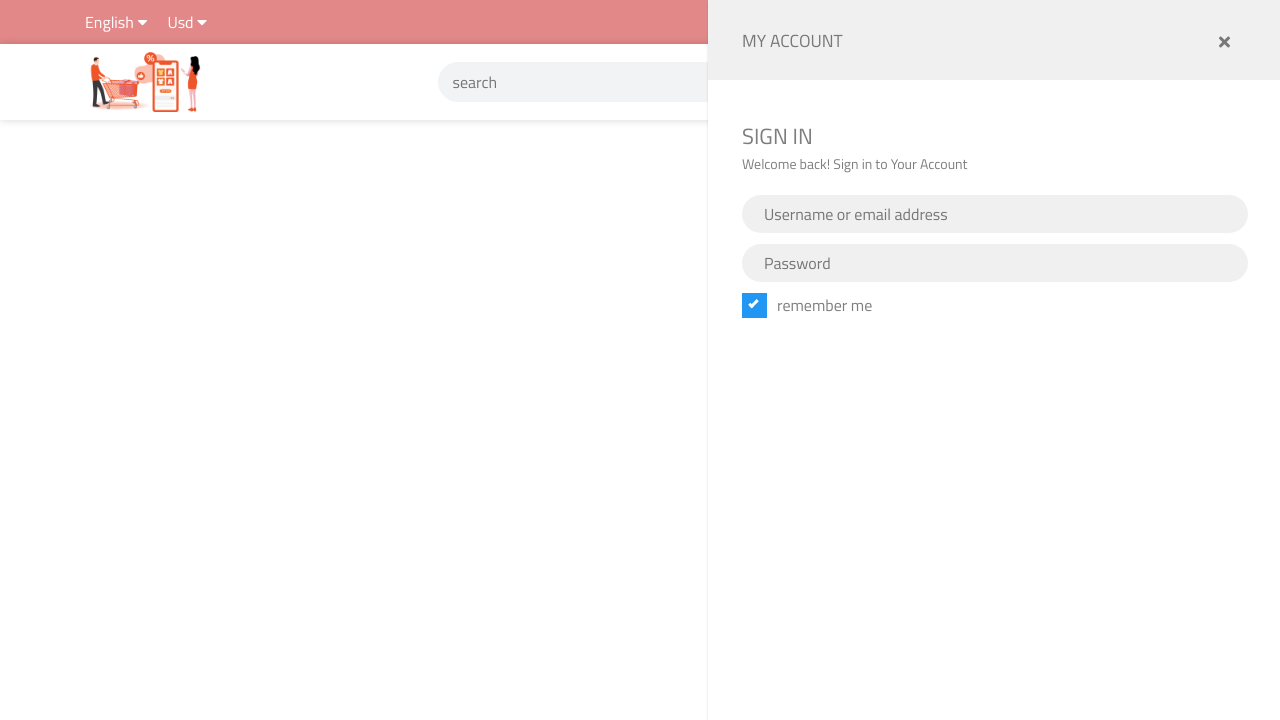
Repository: amrh20/ecommerce-temp
Page: src/index.html
These files come from the project's save history. The page is drawn as it stood at one moment and after the next save; the edit follows.
The browser window is 1280 px wide. The pictures show the whole page.
The style sheet was rebuilt from its Sass, Less or Tailwind sources for each picture, by a compiler version that may differ from the author's.

Above is the page before, as saved 2020-01-19 14:30:19.

### src/index.html
<!DOCTYPE html>
<html lang="en" dir="ltr">

<head>
  <!-- Mobile specific metas===========================-->
  <meta charset="UTF-8">
  <meta name="viewport" content="width=device-width, initial-scale=1.0">
  <meta http-equiv="X-UA-Compatible" content="ie=edge">
  <!-- Basic page needs===========================-->
  <title>template</title>
  <!-- Favicon===========================-->
  <!-- <link rel="shortcut icon" type="image/x-icon" href="./images/fave-icon.png"> -->
  <!-- Css Base And Vendor ===========================-->
  <link rel="stylesheet" href="./vendors/bootstrap-4/css/bootstrap.min.css">
  <link rel="stylesheet" href="./vendors/fontawesome5.2/css/all.min.css">
  <link rel="stylesheet" href="./vendors/slickslider/slick.css">
  <!-- Site Style===========================-->
  <link rel="stylesheet" href="./styles/main.css">
  <!--[if lt IE 9]>
            <script src="https://oss.maxcdn.com/html5shiv/3.7.2/html5shiv.min.js"></script>
            <script src="https://oss.maxcdn.com/respond/1.4.2/respond.min.js"></script>
        <![endif]-->
</head>

<body>
  <div class="wrapper">
    <div class="body_overlay">
      <!-- start header -->
      <header>
        <div class="header">
          <!-- start top header -->
          <div class="top_header">
            <div class="container">
              <div class="top-header_content">
                <!-- dropdowns -->
                <div class="top_header-dropdowns">
                  <!-- start language dropdown -->
                  <div class="langauge-dropdown">
                    <div class="top_header-dropdown-head">
                      <span>english</span>
                      <i class="fas fa-caret-down"></i>
                      <div class="top_header-dropdown-content">
                        <ul>
                          <li>english</li>
                          <li>french</li>
                        </ul>
                      </div>
                    </div>

                  </div><!-- end language dropdown -->

                  <!-- start currency dropdown -->
                  <div class="currency-dropdown">
                    <div class="top_header-dropdown-head">
                      <span>usd</span>
                      <i class="fas fa-caret-down"></i>
                      <div class="top_header-dropdown-content">
                        <ul>
                          <li>egb</li>
                          <li>usd</li>
                        </ul>
                      </div>
                    </div>

                  </div><!-- end currency dropdown -->
                </div>
                <!-- contact -->
                <div class="top_header-contact">
                  <p>Call Us: 01010161601</p>
                </div>

              </div>


            </div>
          </div><!-- end top header -->
          <!-- start middle haeder -->
          <div class="mid_header">
            <div class="container">
              <div class="mid_header-content">
                <!-- logo -->
                <div class="logo">
                  <img src="./images/logo.png" alt="logo">
                </div>
                <!-- search -->
                <div class="search">
                  <input type="text" placeholder="search">
                  <i class="fas fa-search"></i>
                </div>
                <!-- icons -->
                <div class="icons">
                  <!-- shopping cart view -->
                  <div class="shopping-cart">
                    <div class="icon_head cart-icon_head">
                      <i class="fas fa-shopping-cart"></i>
                       <!-- numbers view -->
                       <div class="overlay_nummbers">
                         3
                       </div>
                    </div>
                  <!-- satrt content -->
                    <div class="shopping-cart_content custom_content">
                      <div class="shopping-cart_details custom_details">
                        <div class="shopping-cart_row custom_row">
                          <div class="product_img">
                            <img src="./images/product-cart.png" alt="">
                          </div>
                          <div class="product_details">
                            <p class="product_name">Marvelous Modern 3 Seater</p>
                            <p class="product_price"> 599,00 <span>egb</span> </p>
                            <p>Qty: <span>1</span></p>
                          </div>
                          <div class="delete_product">
                            <i class="fa fa-times"></i>
                          </div>
                        </div>
                        <div class="shopping-cart_row custom_row">
                          <div class="product_img">
                            <img src="./images/product-cart.png" alt="">
                          </div>
                          <div class="product_details">
                            <p class="product_name">Marvelous Modern 3 Seater</p>
                            <p class="product_price"> 599,00 <span>egb</span> </p>
                            <p>Qty: <span>1</span></p>
                          </div>
                          <div class="delete_product">
                            <i class="fa fa-times"></i>
                          </div>
                        </div>
                        <div class="shopping-cart_row custom_row">
                          <div class="product_img">
                            <img src="./images/product-cart.png" alt="">
                          </div>
                          <div class="product_details">
                            <p class="product_name">Marvelous Modern 3 Seater</p>
                            <p class="product_price"> 599,00 <span>egb</span> </p>
                            <p>Qty: <span>1</span></p>
                          </div>
                          <div class="delete_product">
                            <i class="fa fa-times"></i>
                          </div>
                        </div>
                      </div>
                   <!-- triangle view -->
                      <div class="custom-overlay">
                      </div>

                      <div class="total_price">
                        <span>sub total</span>
                        <span>800,00 egb</span>
                      </div>
                      <div class="cart_btns">
                        <button class="temp_button">view cart</button>
                        <button class="temp_button checkout_btn">checkout</button>
                      </div>
                    </div>

                  </div>
                   <!-- wishlist view -->
                  <div class="wishlist-view">
                    <div class="icon_head wishlist-icon_head">
                      <i class="far fa-heart"></i>
                      <div class="overlay_nummbers">
                        3
                      </div>
                    </div>
                    <div class="wishlist-view_content custom_content">
                      <div class="wishlist-view_details custom_detaiLs">
                        <div class="wishlist-view_row custom_row">
                          <div class="product-details">
                            <p class="product_name">Woman Ring</p>
                            <p class="product_price"> <span>1</span> x 1000,00 egb</p>
                          </div>
                          <div class="product_img">
                            <img src="./images/wishlist_product.jpg" alt="wishlist_product">
                            <i class="fa fa-times"></i>
                          </div>
                        </div>
                        <div class="wishlist-view_row custom_row">
                          <div class="product-details">
                            <p class="product_name">Woman Ring</p>
                            <p class="product_price"> <span>1</span> x 1000,00 egb</p>
                          </div>
                          <div class="product_img">
                            <img src="./images/wishlist_product.jpg" alt="wishlist_product">
                            <i class="fa fa-times"></i>
                          </div>
                        </div>
                        <div class="wishlist-view_row custom_row">
                          <div class="product-details">
                            <p class="product_name">Woman Ring</p>
                            <p class="product_price"> <span>1</span> x 1000,00 egb</p>
                          </div>
                          <div class="product_img">
                            <img src="./images/wishlist_product.jpg" alt="wishlist_product">
                            <i class="fa fa-times"></i>
                          </div>
                        </div>
                        <div class="wishlist-view_row custom_row">
                          <div class="product-details">
                            <p class="product_name">Woman Ring</p>
                            <p class="product_price"> <span>1</span> x 1000,00 egb</p>
                          </div>
                          <div class="product_img">
                            <img src="./images/wishlist_product.jpg" alt="wishlist_product">
                            <i class="fa fa-times"></i>
                          </div>
                        </div>
                      </div>
                      <div class="custom-overlay">
                      </div>
                      <div class="wishlist_btn">
                        <button class="temp_button ">view wishlist</button>
                      </div>
                    </div>

                  </div>
                  <!-- compare view -->
                  <div class="compare-view">
                    <div class="icon_head compare-icon_head">
                      <i class="fa fa-random"></i>
                      <div class="overlay_nummbers">
                        3
                      </div>
                    </div>
                    <div class="compare-view_content custom_content">
                      <div class="compare-view_details custom_detaiLs">
                        <div class="compare-view_col">
                          <img src="./images/compareproduct.jpg" alt="compareproduct">
                          <p class="product_name">Marvelous Modern 3 Seater</p>
                           <p><span>3</span> x 1000,00 egb</p>
                        </div>
                        <div class="compare-view_col">
                          <img src="./images/compareproduct.jpg" alt="compareproduct">
                          <p class="product_name">Marvelous Modern 3 Seater</p>
                           <p><span>3</span> x 1000,00 egb</p>
                        </div>
                        <div class="compare-view_col">
                          <img src="./images/compareproduct.jpg" alt="compareproduct">
                          <p class="product_name">Marvelous Modern 3 Seater</p>
                           <p><span>3</span> x 1000,00 egb</p>
                        </div>
                        <div class="compare-view_col">
                          <img src="./images/compareproduct.jpg" alt="compareproduct">
                          <p class="product_name">Marvelous Modern 3 Seater</p>
                           <p><span>3</span> x 1000,00 egb</p>
                        </div>
                      </div>
                      <div class="custom-overlay">
                      </div>
                      <div class="compare_btn">
                        <button class="temp_button ">view compare</button>
                      </div>
                    </div>
                  </div>
                  <div class="icon">
                    <i class="far fa-user"></i>
                  </div>

                </div>
              </div>
            </div>
          </div>
          <!-- end middle haeder -->
        </div>
      </header><!-- end header -->

      <!-- accounts view -->
      <div class="accounts_view">
          <div class="accounts_view-title">
            <h3>my account</h3>
            <span><i class="fa fa-times"></i></span>
          </div>
          <div class="accounts_view-content">
            <!-- sign in section  -->
            <div class="sign_in">
              <div class="sign_in-title">
                <h4>sign in</h4>
                <p>Welcome back! Sign in to Your Account</p>
              </div>
              <div class="sign_in-iputs">
                <input type="text" placeholder="Username or email address">
                <input type="text" placeholder="Password">
              </div>
              <div class="sign_in-remember">
                <label class="test">remember me
                  <input type="checkbox" checked="checked">
                  <span class="checkmark"></span>
                </label>
              </div>
            </div>
          </div>
      </div>
    </div>
  </div>

  </div>
  <!--Scripts Plugins========================-->
  <script src="./vendors/jquery/jquery-3.3.1.min.js"></script>
  <script src="./vendors/bootstrap-4/js/bootstrap.min.js"></script>
  <!-- Custom js ====================-->
  <script src="scripts/app.js"></script>
</body>

</html>

### src/styles/main.scss
/* imports sass files
========================*/
@import "../styles/variables.scss";
@import "../styles/buttons.scss";
@import "../styles/forms.scss";
@import "../styles/header.scss";
@import "../styles/base.scss";
@import "../styles/general.scss";

### src/styles/variables.scss
/* our sass varaibles
========================*/
$main-color :#e38888;
$second-color :#222222;
$icons-color :#828282;
$white: #fff;
$black : #000;
$top-header-hover :#e5e5e5;

### src/styles/buttons.scss
@import "../styles/variables.scss";

/* Buttons
==================================*/

### src/styles/forms.scss
@import "../styles/variables.scss";

/* forms
==============================*/
.form-control {
  height: 5rem;
  border: 2px solid transparent;
  border-radius: 1rem;
  box-shadow: 0 4px 10px -2px rgba(126, 173, 225, .5);
  font-size: 1.6rem;
  transition: all .3s ease-in-out;
  padding-left: 15px;

  &:focus {
    outline: none;
    box-shadow: 0 4px 10px -2px rgba(126, 173, 225, .5);
  }

  &::-webkit-input-placeholder {
    color: #7e7e7e;
    text-transform: capitalize;
    font-size: 1.4rem;
  }

  &.remove-default::-webkit-inner-spin-button,
  &.remove-default::-webkit-outer-spin-button,
  &.remove-default,
  &[type=date]::-webkit-inner-spin-button,
  &[type=date]::-webkit-outer-spin-button {
    -webkit-appearance: none;
    -moz-appearance: none;
    margin: 0;
  }

  &.remove-default::-webkit-inner-spin-button,
  &.remove-default::-webkit-outer-spin-button,
  &.remove-default,
  &[type=date] {
    -moz-appearance: textfield;
  }

}

textarea {
  height: auto;
  resize: none;
  width: 100%;
  border: 2px solid transparent;
  border-radius: 1rem;
  box-shadow: 0 4px 10px -2px rgba(126, 173, 225, .5);
  font-size: 1.6rem;
  transition: all .3s ease-in-out;
  padding: 15px;

  &:focus {
    outline: none;
    box-shadow: 0 4px 10px -2px rgba(126, 173, 225, .5);
  }
}

/*check-radio-item*/
.zvendo-check-item {
  margin-bottom: 1.5rem;
  text-align: start;

  &:last-of-type label {
    margin-left: 0;
  }

  input[type="radio"],
  input[type="checkbox"] {
    display: none;
  }

  input[type="radio"]+label,
  input[type="checkbox"]+label {
    position: relative;
    display: block;
    margin-bottom: 0;
    font-size: 1.42rem;
    text-transform: capitalize;
    color: #333232;
    cursor: pointer;
    padding-inline-start: 4rem;
  }

  input[type="radio"]+label::before,
  input[type="checkbox"]+label::before {
    position: absolute;
    content: "";
    font-family: 'Font Awesome 5 Free';
    font-weight: 900;
    display: flex;
    align-items: center;
    justify-content: center;
    font-size: 2rem;
    width: 3rem;
    height: 3rem;
    top: .5rem;
    left: 0;
    background-color: transparent;
    border: 2px solid $main-color;
    border-radius: .9rem;

    [dir="rtl"] & {
      left: auto;
      right: 0;
    }
  }

  input[type="radio"]:checked+label,
  input[type="checkbox"]:checked+label {
    color: $main-color;
  }

  input[type="radio"]:checked+label::before,
  input[type="checkbox"]:checked+label::before {
    font-family: "Font Awesome 5 Free";
    content: "\f00c";
    background-color: transparent;
    color: $main-color;
  }
}

### src/styles/base.scss
@import "../styles/variables.scss";

/* General elements
======================*/
*,p {
  margin: 0;
  padding: 0;
}
*,
*:focus {
  outline: none !important;
}

.highlightClass {
  color: $main-color;
}
/*import fonts
========================*/
@import url('https://fonts.googleapis.com/css?family=Ubuntu:400,700');

@font-face {
  font-family: Cairo;
  font-style: normal;
  src: local('Cairo Regular'), local('Cairo-Regular'), url("../fonts/Cairo/Cairo-Regular.ttf");
  font-display: swap;
  font-weight: 400;
}
@font-face {
  font-family: Cairo;
  font-style: normal;
  src: local('Cairo Cairo-SemiBold'), local('Cairo-Cairo-SemiBold'), url("../fonts/Cairo/Cairo-SemiBold.ttf");
  font-display: swap;
  font-weight: 600;
}
@font-face {
  font-family: Cairo;
  font-style: normal;
  src: local('Cairo Bold'), local('Cairo-Bold'), url("../fonts/Cairo/Cairo-Bold.ttf");
  font-display: swap;
  font-weight: 700;
}
/*body-layout
========================*/
html {
  font-size: 62.5%;
  overflow-x: hidden;
}
body {
  font-family: 'Cairo',  sans-serif;
  font-size: 1.6rem;

  [dir=rtl] & {
    direction: rtl;
    text-align: right;
  }
}

.wrapper {
  position: relative;
  width: 100%;
}
/* Links
==================*/
a {
  color: inherit;
  &:hover,
  &:focus {
    text-decoration: none;
    transition: all .3s ease-in-out;
    color: inherit;
  }
}
/* Images
============================*/
img {
  // display: block;
  max-width: 100%;
  height: auto;
}

// list items
ul {
  list-style: none;
  margin: 0;
}

/* inputs
============================*/

### src/styles/general.scss
@import "../styles/variables.scss";


// buttons
.temp_button {
    color: $black;
    padding: 5px 22px;
    border-radius: 18px;
    vertical-align: top;
    display: inline-block;
    background: transparent;
    border: 1px solid $main-color;
    text-transform: uppercase;
    cursor: pointer;
    transition: all .3s ease-in-out;
    &:hover {
        background-color: $main-color;
        color: $white;
    }
}

Loaded but not shown: src/vendors/bootstrap-4/css/bootstrap.min.css (library); src/vendors/fontawesome5.2/css/all.min.css (library); src/vendors/slickslider/slick.css (common file); src/vendors/jquery/jquery-3.3.1.min.js (library); src/vendors/bootstrap-4/js/bootstrap.min.js (library); src/scripts/app.js (42 lines, source omitted); src/styles/header.scss (517 lines, source omitted)

After the next save:
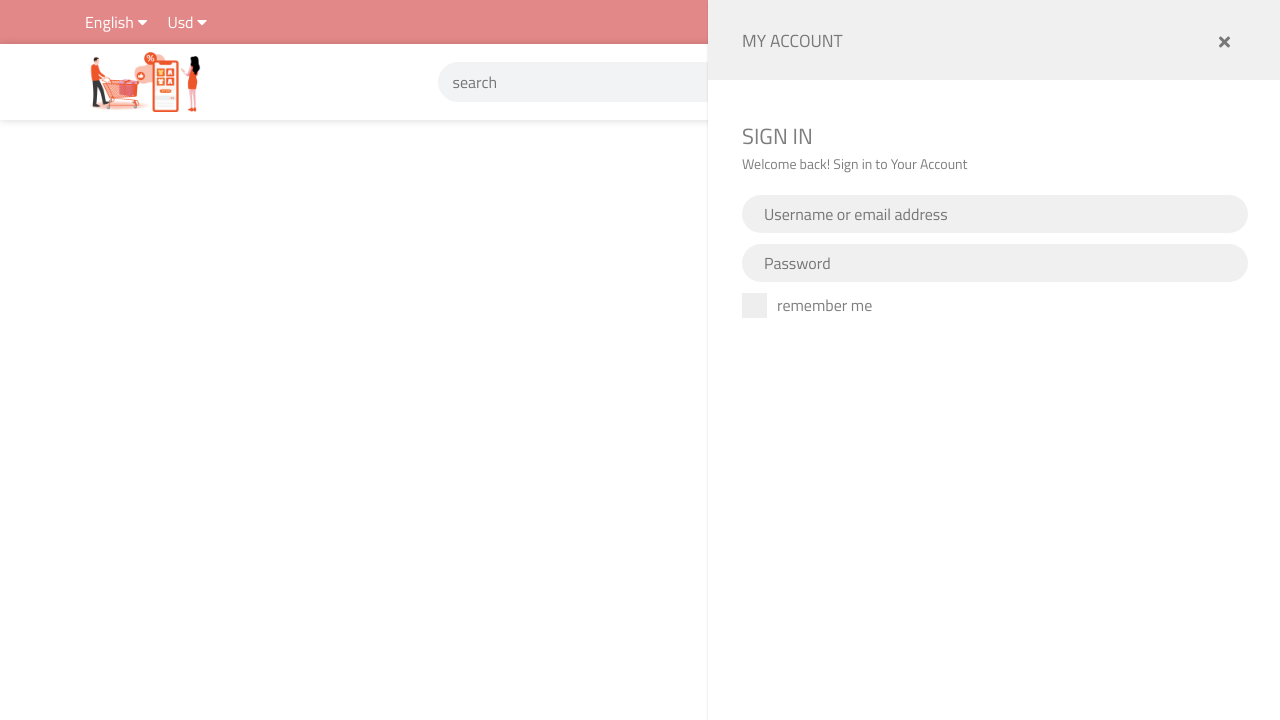
Saved 10 s later.
--- a/src/index.html
+++ b/src/index.html
@@ -284,7 +284,7 @@
               </div>
               <div class="sign_in-remember">
                 <label class="test">remember me
-                  <input type="checkbox" checked="checked">
+                  <input type="checkbox">
                   <span class="checkmark"></span>
                 </label>
               </div>
